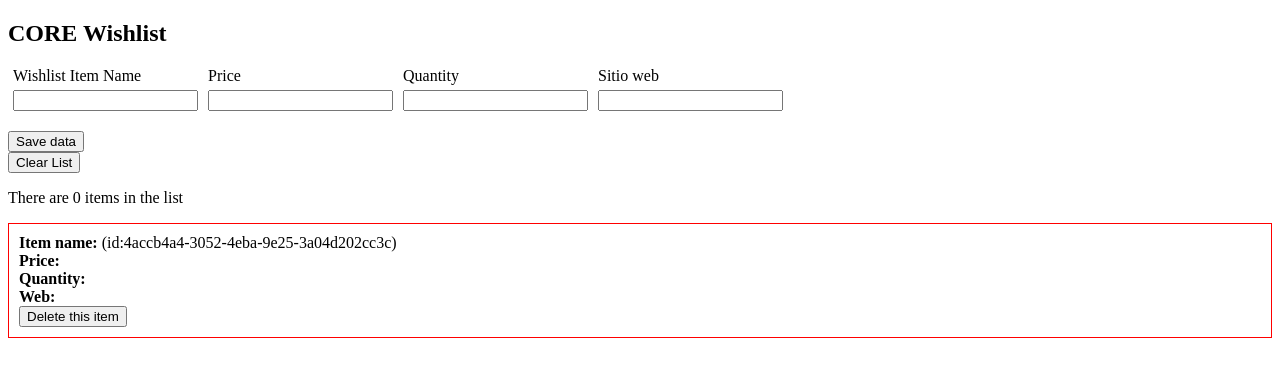
Repository: MrGPalo/pair-programming-corecode
Page: /
The author's editor kept a copy of each file at every save. The page is drawn from the files as they stood at one save, then again after the next save.
The browser window is 1280 px wide. The pictures show the whole page.
The project was rebuilt for these pictures with package versions that can differ from the ones it lists, and the page was loaded fresh each time.

Above is the page before, as saved 2022-02-08 16:51:50.

### index.html
<!DOCTYPE html>
<html lang="en">
<head>
    <meta charset="UTF-8">
    <meta http-equiv="X-UA-Compatible" content="IE=edge">
    <meta name="viewport" content="width=device-width, initial-scale=1.0">
    <title>CORE Wishlist</title>
</head>
<body>
    <div id="root"></div>
    <script type="module" src="src/index.tsx"></script>
</body>
</html>

### src/index.tsx
import React from 'react';
import ReactDom from 'react-dom';
import {App} from './components/App';

ReactDom.render(<App/>, document.getElementById("root"));

### src/components/App.tsx
import React from "react";
import { AddItemForm } from "./forms/AddItemForm"
import { ItemsProvider } from "../hooks/useItems"

export const App = () => {
  return (
    <div>
      <h2>CORE Wishlist</h2>
      <ItemsProvider>
        <AddItemForm />
      </ItemsProvider>
    </div>
  );
};

### src/components/forms/AddItemForm.tsx
import React, { useState } from 'react';
import styled from 'styled-components';
import { useForm } from 'react-hook-form';
import { ItemsList } from '../ItemsList';
import { validate_url } from '../../lib/validate_url';

const GridForm = styled.div`
  display: flex;
  & > div {
    padding: 0 5px;
    p {
      margin: 0 0 5px 0;
    }
  }
`;

const ErrorMessageText = styled.p`
  margin: 0;
  color: red;
`;

const ErrorMessage = ({ field, state }) => {
  if (state.errors[field]) {
    return <ErrorMessageText>{state.errors[field].message}</ErrorMessageText>;
  } else {
    return <></>;
  }
};

export const AddItemForm = () => {
  const { register, handleSubmit, formState, reset, getValues } = useForm();

  const submit = handleSubmit(async (data) => {
    console.log('SUBMITING FORM', data);
    //reset()
  });

  return (
    <form onSubmit={submit}>
      <GridForm>
        <div>
          <p>Wishlist Item Name</p>
          <input
            type="text"
            {...register('item', { required: 'Indica el nombre del artículo' })}
          />
          <ErrorMessage state={formState} field="item" />
        </div>
        <div>
          <p>Price</p>
          <input
            type="number"
            {...register('price', {
              required: 'Indica el precio del artículo',
            })}
          />
          <ErrorMessage state={formState} field="price" />
        </div>
        <div>
          <p>Quantity</p>
          <input
            type="number"
            {...register('quantity', {
              required: 'Indica la cantidad del artículo',
            })}
          />
          <ErrorMessage state={formState} field="quantity" />
        </div>
        <div>
          <p>Sitio web</p>
          <input
            type="url"
            {...register('web', { required: 'Indica la web del artículo' })}
          />
          <ErrorMessage state={formState} field="web" />
        </div>
      </GridForm>
      <div style={{ marginTop: 20 }}>
        <button
          onClick={() => {
            const values = getValues();
            console.log('Values', values);
            validate_url(values.web);
          }}
        >
          Save data
        </button>
      </div>
      <div>
        <ItemsList onAddItem={getValues()} />
      </div>
    </form>
  );
};

### src/hooks/useItems.tsx
import React, { useState, useContext } from "react";
import { v4 as uuidv4 } from "uuid"; // IMPORTANTE

const ItemsContext = React.createContext();

export const useItems = () => {
  const { items, addItem } = useContext(ItemsContext);
  const hasItem = (itm) => {
    items.filter((e) => e.item === itm).length > 0
  }

  return {
    items,
    add_item: (item) => { },
    clear: () => { },
    delete_item: (id: string) => { },
  };
};

export const ItemsProvider: React.FC<{ children: React.Node }> = ({
  children,
}) => {
  const [items, setItems] = useState([]);
  const addItem = (item) => {
    console.log('Adding item', item);
    setItems([...items, item]);
  };

  return (
    <ItemsContext.Provider value={{ items, addItem }}>
      {children}
    </ItemsContext.Provider>
  );
};

### src/components/ItemsList.tsx
import React from 'react';
import styled from 'styled-components';
import { v4 as uuidv4 } from 'uuid';

const Box = styled.div`
  border: 1px solid red;
  padding: 10px;
  margin: 5px 0;
  p {
    margin: 0;
  }
`;

export const Item = ({ item: { id, item, price, quantity, web } }) => {
  return (
    <Box>
      <p>
        <b>Item name:</b> {item} (id:{(id = uuidv4())})
      </p>
      <p>
        <b>Price:</b> {price}
      </p>
      <p>
        <b>Quantity:</b> {quantity}
      </p>
      <p>
        <b>Web:</b> <a href={web}>{web}</a>
      </p>
      <button onClick={() => console.log(`delete ${id}`)}>
        Delete this item
      </button>
    </Box>
  );
};

export const ItemsList = ({ onAddItem }) => {
  console.log('Hola', onAddItem);
  console.log('UUIDV4', uuidv4());
  return (
    <div>
      <button type="button" onClick={() => console.log('clear list')}>
        Clear List
      </button>
      <p>There are 0 items in the list</p>
      <Item item={onAddItem} />
    </div>
  );
};

### src/lib/validate_url.ts
import axios from "axios"; // IMPORTANTE

export const validate_url = async (url: string): Promise<boolean> => {
  try {
    axios.get(url);
    return true;
  }
  catch (error) {
    return false;
  }
};

After the next save:
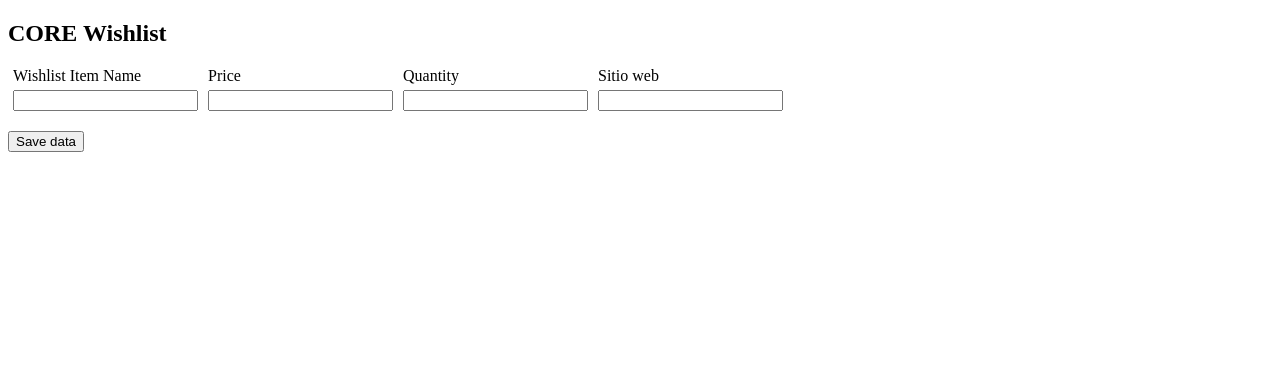
Saved 8 min 42 s later.
--- a/src/components/forms/AddItemForm.tsx
+++ b/src/components/forms/AddItemForm.tsx
@@ -86,9 +86,6 @@
           Save data
         </button>
       </div>
-      <div>
-        <ItemsList onAddItem={getValues()} />
-      </div>
     </form>
   );
 };
